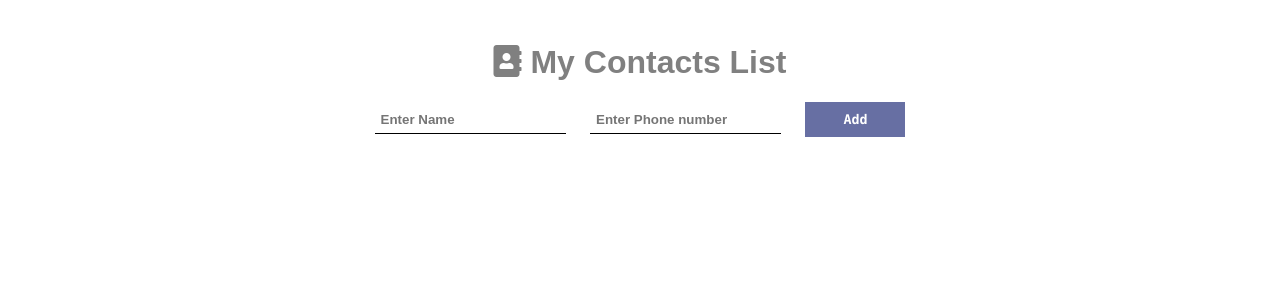
Repository: Sayan-100/Contact-List
Page: http://localhost/
An editor plug-in stored every save of this project. The page is shown before and after the next save, followed by the edit.
The browser window is 1280 px wide. The pictures show the whole page.
The pointer rests on the first visible `i`.
Some web libraries are served in a nearby version. The page is served by the project's Node server (index.js). Other server files are loaded and not shown. Queries for data that is not in the repository find no rows.

Above is the page before, as saved 2022-01-09 21:57:05.

### views/home.ejs
<html>

<head>
    <title>
        <%=locals.title%>
    </title>

    <link rel="stylesheet" href="https://use.fontawesome.com/releases/v5.5.0/css/all.css" integrity="sha384-B4dIYHKNBt8Bc12p+WXckhzcICo0wtJAoU8YZTY5qE0Id1GSseTk6S+L3BlXeVIU" crossorigin="anonymous">

    <!-- our css should below all the style so that we can override -->
    <link rel="stylesheet" href="/css/home.css">

</head>

<body>
    <h1 id="page-heading">
        <i class="fas fa-address-book "></i> My Contacts List
    </h1>
    <div id="contact-list-container">
        <ul>
            <% for(let i of contact_list) {%>
                <li class="contact">
                    <div class="details-name">
                        <p>
                            <%= i.name %>
                        </p>
                    </div>
                    <div class="details-contact-number delete-button">

                        <div>
                            <p>
                                <%= i.phone %>
                            </p>
                        </div>

                        <div>
                            <a href="/delete-contact/?id=<%=i._id%>">
                                <i class="fas fa-window-close"></i>
                            </a>
                        </div>
                    </div>
                </li>
                <% } %>
        </ul>
    </div>

    <form id="new-contact-form" action="/create_contact" method="POST">
        <input type="text" name="name" required placeholder="Enter Name">
        <input type="number" name="phone" required placeholder="Enter Phone number">

        <button type="submit">Add</button>

    </form>

    <script type="text/javascript" src="/js/home.js">
    </script>

</body>

</html>

### index.js
const express = require('express');
const path = require('path');
const port = 8000;

const db = require('./config/mongoose');
const Contact = require('./models/contact');

const app = express();


app.set('view engine', 'ejs');
app.set('views', path.join(__dirname, 'views'));
app.use(express.urlencoded());
app.use(express.static('assets'));

//middleware 1
// app.use(function(req, res, next) {
//     req.myName = "Sayan";
//     // console.log("middleware 1 called");
//     next();
// })

//middleware 2
// app.use(function(req, res, next) {
//     console.log('My name from middleware 2', req.myName);
//     next();
// })

// var contactList = [{
//         name: "Arapan sir",
//         phone: "1111111111"
//     },

//     {
//         name: "Coding Ninjas",
//         phone: "2111222222"
//     },

//     {
//         name: "Sayan",
//         phone: "4444444444"
//     }

// ];


app.get('/', function(req, res) {
    // console.log(__dirname);
    // res.send('<h1>cool, it is running or is it?</h1>');
    //return

    // console.log("from the get route", req.myName);

    Contact.find({}, function(err, contacts) {
        if (err) {
            console.log('Error in fetching contact list from db');
            return;
        }

        return res.render('home', {
            title: "My contacts list",
            contact_list: contacts
        });

    });


    // return res.render('home', {
    //     title: "My contacts list",
    //     contact_list: contactList
    // });

});

app.get('/practice', function(req, res) {
    return res.render('practice', {
        title: "Let us play with ejs"
    });
});

app.get('/delete-contact', function(req, res) {
    //console.log(req.query);
    //let phone = req.query.phone;
    let id = req.query.id;
    Contact.findByIdAndDelete(id, function(err) {
        if (err) {
            console.log('error in deleting a object form database');
            return;
        }

        return res.redirect('back');
    });
    // let contactIndex = contactList.findIndex(contact => contact.phone == phone);

    // if (contactIndex != -1) {
    //     contactList.splice(contactIndex, 1);
    // }

    // return res.redirect('back');
});

app.get('/', function(req, res) {

});


app.post('/create_contact', function(req, res) {
    // return res.redirect('/practice');
    // contactList.push({
    //     name: req.body.name,
    //     phone: req.body.phone
    // });
    // contactList.push(req.body);
    Contact.create({
        name: req.body.name,
        phone: req.body.phone
    }, function(err, newContact) {
        if (err) {
            console.log('error in creating a contact!');
            return;
        }

        console.log('*********', newContact);
        return res.redirect('back');

    });

    // return res.redirect('/');
    // return res.redirect('back');
});

app.listen(port, function(err) {

    if (err) {
        console.log('Error in running Server');
    }

    console.log('Yup. My express server is running on port', port);
});

### assets/css/home.css
    body {
        margin: 0;
        font-family: sans-serif;
        text-align: center;
    }

    #page-heading {
        text-align: center;
        margin-top: 25px;
        color: grey;
    }

    li {
        list-style: none;
        display: flex;
        justify-content: space-between;
        width: 90%;
        background-color: #FABB51;
        margin-bottom: 5px;
        font-weight: 600;
        overflow: hidden;
        color: white;
        font-family: monaco;
    }

    li:hover {
        background-color: #FFAB76;
    }

    input {
        margin-right: 20px;
        padding: 6px;
        border: transparent;
        border-bottom: 1px solid black;
        font-family: sans-serif;
        font-weight: 700;
    }

    button {
        padding: 6px;
        width: 100px;
        height: 35px;
        background-color: #676FA3;
        font-family: monaco;
        font-weight: 600;
        color: white;
        border: none;
    }

    button:hover {
        background-color: #A3E4DB
    }

    p {
        display: inline-block;
        padding-left: 2rem;
        padding-right: 5rem;
    }

    .details-contact-number {
        display: flex;
        justify-content: space-evenly;
    }

    i {
        margin-top: 20px;
    }

Loaded but not shown: assets/js/home.js (common file)

After the next save:
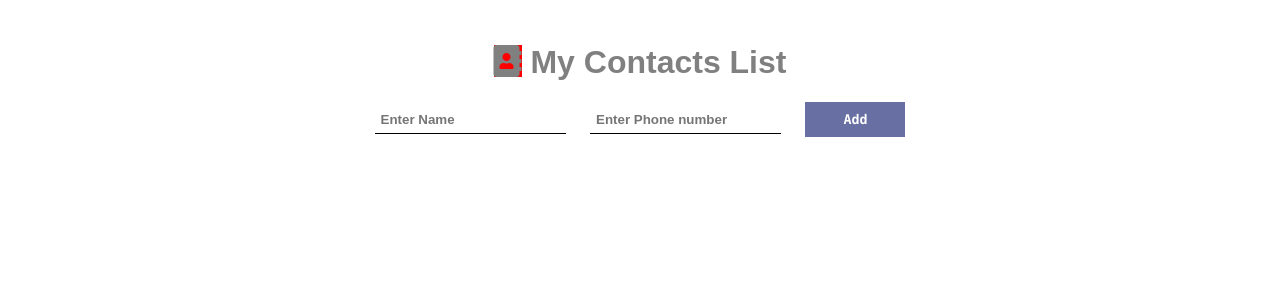
Saved 46 s later.
--- a/assets/css/home.css
+++ b/assets/css/home.css
@@ -65,3 +65,7 @@
     i {
         margin-top: 20px;
     }
+
+    i:hover {
+        background-color: red;
+    }

After the save that followed:
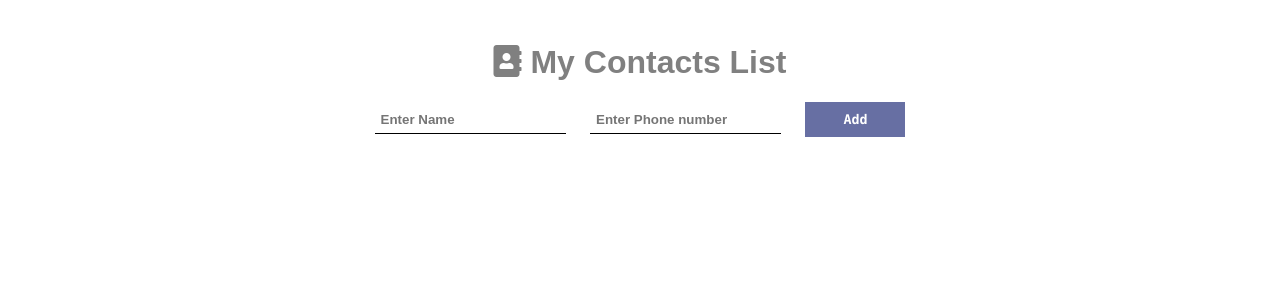
Saved 29 s later.
--- a/assets/css/home.css
+++ b/assets/css/home.css
@@ -65,7 +65,3 @@
     i {
         margin-top: 20px;
     }
-
-    i:hover {
-        background-color: red;
-    }
